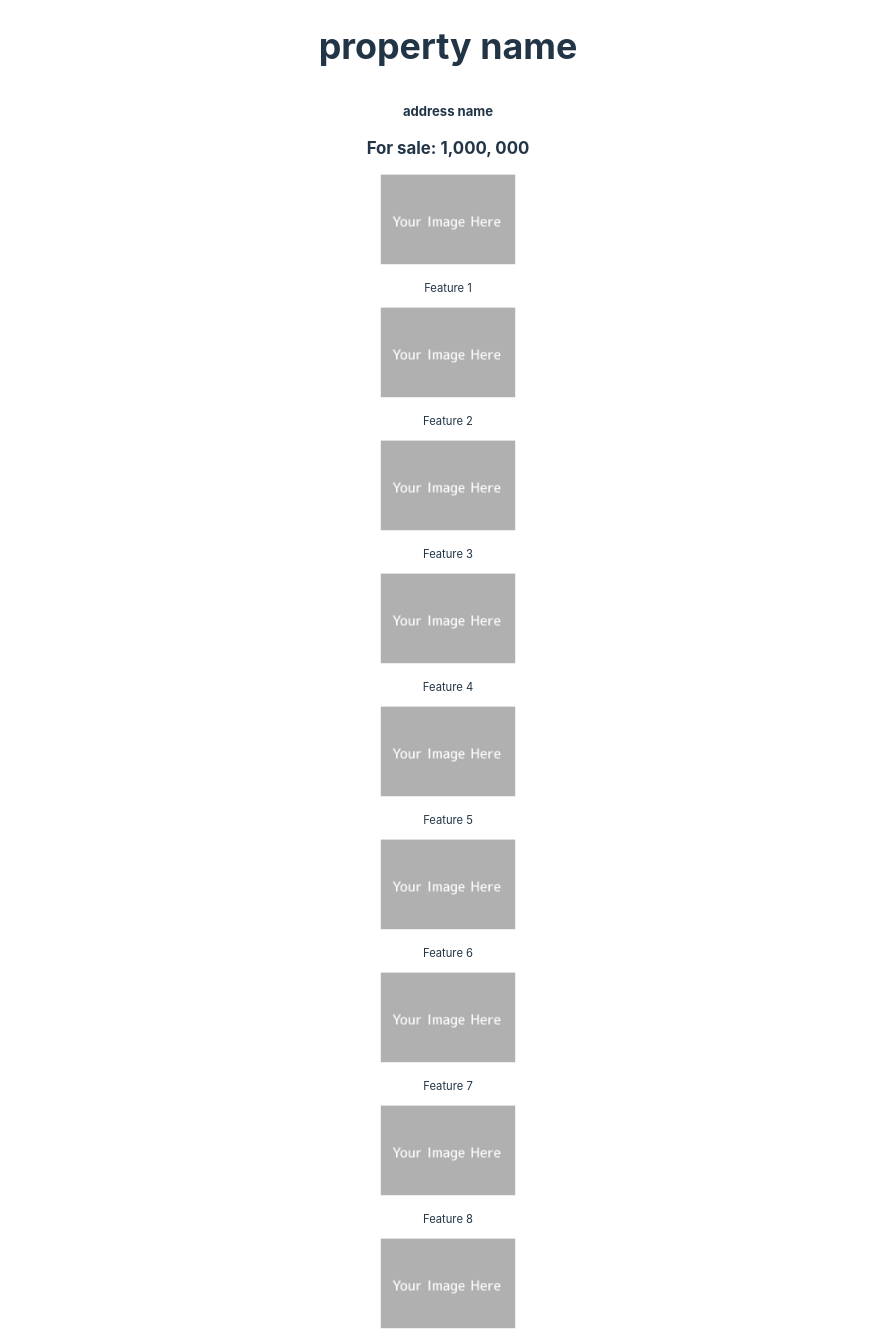
Repository: TMuse333/real_estate_property
Page: /
The author's editor kept a copy of each file at every save. The page is drawn from the files as they stood at one save, then again after the next save.
The browser window is 1280 px wide. The pictures show the part of the page from y = 708 to 2628 px (the page is 6049 px tall), at 70% of full size.
The project was rebuilt for these pictures with package versions that can differ from the ones it lists, and the page was loaded fresh each time. Also part of the build but not shown: vite.config.js, src/components/navbar/navbar.css, src/components/navbar/navbar.jsx, src/components/carousel/carousel.css, src/components/carousel/carousel.jsx.

Above is the page before, as saved 2024-03-26 14:51:34.

### src/App.jsx
import { useState } from 'react'
import reactLogo from './assets/react.svg'
import viteLogo from '/vite.svg'
import './App.css'
import Navbar from './components/navbar/navbar'
import ImageCarousel from './components/carousel/carousel'
import Carousel2 from './components/carousel2/carosuel2'


import kakashi from './media/kakashi_susanoo.jpg';
import sasuke from './media/sasuke.jpg';
import vegeta from './media/majin-vegeta.png';
import Property from './components/property/property'

function App() {
  const [count, setCount] = useState(0)

  const images = [
    {
      url:kakashi,
      alt:'Kakashi'
    }
   ,{
    url:sasuke,
    alt:'Sasuke'
   },
   {
    url:vegeta,
    alt:'Vegeta'
   },
   {
    url:kakashi,
    alt:'Kakashi2'
  }
 ,{
  url:sasuke,
  alt:'Sasuke2'
 },
 {
  url:vegeta,
  alt:'Vegeta2'
 },

  ]

  // const links = [
  //   'home',
  //   'description',
  //   'price and features',
  //   'amenities',
  //   'photo gallery',
  //   'video',
  //   'more info',
  //   'flyers',
  //   'area info',
  //   'documents',
  //   'map',
  //   'Broker',
  //   'More Listings',
  //   'Show Bookings'
  // ]

  return (
    <>
    <div className='homepage-container'>


     {/* <Navbar
     links={links}
     /> */}

    <Property/>
    {/* <Carousel2
    images={images}
    /> */}


     </div>
    </>
  )
}

export default App

### src/index.css
:root {
  font-family: Inter, system-ui, Avenir, Helvetica, Arial, sans-serif;
  line-height: 1.5;
  font-weight: 400;

  color-scheme: light dark;
  color: rgba(255, 255, 255, 0.87);
  background-color: #242424;

  font-synthesis: none;
  text-rendering: optimizeLegibility;
  -webkit-font-smoothing: antialiased;
  -moz-osx-font-smoothing: grayscale;
  /* overflow-x: hidden; */
}

a {
  font-weight: 500;
  color: #646cff;
  text-decoration: inherit;
}
a:hover {
  color: #535bf2;
}

body {
  margin: 0;
  display: flex;
  place-items: center;
  /* min-width: 320px; */
  min-height: 100vh;
}

h1 {
  font-size: 3.2em;
  line-height: 1.1;
}

button {
  border-radius: 8px;
  border: 1px solid transparent;
  padding: 0.6em 1.2em;
  font-size: 1em;
  font-weight: 500;
  font-family: inherit;
  background-color: #1a1a1a;
  cursor: pointer;
  transition: border-color 0.25s;
}
button:hover {
  border-color: #646cff;
}
button:focus,
button:focus-visible {
  outline: 4px auto -webkit-focus-ring-color;
}

@media (prefers-color-scheme: light) {
  :root {
    color: #213547;
    background-color: #ffffff;
  }
  a:hover {
    color: #747bff;
  }
  button {
    background-color: #f9f9f9;
  }
}

### src/App.css
#root {
  max-width: 1280px;
  margin: 0 auto;
  padding: 2rem;
  text-align: center;
}

.logo {
  height: 6em;
  padding: 1.5em;
  will-change: filter;
  transition: filter 300ms;
}
.logo:hover {
  filter: drop-shadow(0 0 2em #646cffaa);
}
.logo.react:hover {
  filter: drop-shadow(0 0 2em #61dafbaa);
}

@keyframes logo-spin {
  from {
    transform: rotate(0deg);
  }
  to {
    transform: rotate(360deg);
  }
}

@media (prefers-reduced-motion: no-preference) {
  a:nth-of-type(2) .logo {
    animation: logo-spin infinite 20s linear;
  }
}

.card {
  padding: 2em;
}

.read-the-docs {
  color: #888;
}

.homepage-container{
  width:100vw;
  /* height:100vh; */
  display: flex;
  flex-direction: column;
  overflow-x: hidden;
  justify-content: center;
  position: absolute;
  top:0;
  left:0;
  /* position: absolute;
  left:0;
  top:0; */
}

### src/components/carousel2/carosuel2.jsx
import react,{ useState,useEffect } from "react";
import { ArrowBigLeft, ArrowBigRight, Circle, CircleDot } from "lucide-react";
import './carousel2.css'

import kakashi from '../../media/kakashi_susanoo.jpg';
import sasuke from '../../media/sasuke.jpg';
import vegeta from '../../media/majin-vegeta.png';

const ImageSlider = ({ images }) => {
  const [imageIndex, setImageIndex] = useState(0);
  const [isFullHeight, setIsFullHeight] = useState(false);

  const [isDesktop, setIsDesktop] = useState(window.innerWidth >= 565)

  const [itemClicked, setItemClicked] = useState(null)

    const [desktopExpanded, setDesktopExpanded] = useState(false)

    const [mobileExpanded, setMobileExpanded] = useState(false)

  const handleItemClick = (index) => {

    console.log('item clicked')

    // if(itemClicked !== null){
        setItemClicked(index)
        setImageIndex(index)
        if(isDesktop){
            setDesktopExpanded(true)
        }
        else{
            setMobileExpanded(true)
            console.log('mobile expanded')
        }
  }



  useEffect(()=> {

    const handleResize = () => {
        if(window.innerWidth >= 565){
            setIsDesktop(true)
            console.log('desktop is true!')
        }
        else{
            setIsDesktop(false)
        }


    }

    window.addEventListener('resize',handleResize)

    return () => {
        window.removeEventListener('resize',handleResize)
    }
  },[])

  const showNextImage = () => {
    setImageIndex(index => {
      if (index === images.length - 1) return 0;
      return index + 1;
    });
  };

  const showPrevImage = () => {
    setImageIndex(index => {
      if (index === 0) return images.length - 1;
      return index - 1;
    });
  };

//   const toggleImageHeight = () => {
//     setIsFullHeight(prevState => !prevState);


//   };

const handleUnexpand = () => {
    setDesktopExpanded(false)
}

const handleMobileClick = () => {
    setMobileExpanded(true)
}

const handleExpansion = () => {

    if(isDesktop) {
        setDesktopExpanded(false)
    }
    else{
        setMobileExpanded(!mobileExpanded)
    }
}

  return (
    <>

{!isDesktop && !mobileExpanded && (
    <div>


            <h1>{images.length} Photos</h1>
            <p>Cick on the expand button to zoom in</p>
            </div>
        )}

    {!isDesktop  || (itemClicked !== null && desktopExpanded) ? (
        <section
        aria-label="Image Slider"
        style={{ width: "100%",
         position:  desktopExpanded || mobileExpanded ? 'fixed' :"relative",
         backgroundColor:'black',
         height: desktopExpanded || mobileExpanded? '100vh' : 'auto',
         top: desktopExpanded || mobileExpanded?'0': 'auto',
         left:desktopExpanded || mobileExpanded?'0': 'auto'

   }}
      >

        <a href="#after-image-slider-controls" className="skip-link">
          Skip Image Slider Controls
        </a>
        <div
          style={{
            width: "100%",
            height: "100%",
            display: "flex",
            overflow: "hidden",
            alignItems:'center',



          }}
        >
          {images.map(({ url, alt }, index) => (
            <img
              key={index}
              src={url}
              alt={alt}
              aria-hidden={imageIndex !== index}
              className="img-slider-img"
              style={{ transform: `translateX(${-100 * imageIndex}%)`,
              height:  "500px",


          }}
          onClick={()=>handleItemClick(index)}
            />
          ))}
        </div>
        <button
          onClick={showPrevImage}
          className="img-slider-btn"
          style={{ left: 0 }}
          aria-label="View Previous Image"
        >
          <ArrowBigLeft aria-hidden />
        </button>
        <button
          onClick={showNextImage}
          className="img-slider-btn"
          style={{ right: 0 }}
          aria-label="View Next Image"
        >
          <ArrowBigRight aria-hidden />
        </button>
        <div
          style={{
            position: "absolute",
           bottom:'0.5rem',
            left: "50%",
            transform: "translateX(-50%)",
            display: "flex",
            gap: ".25rem",
          }}
        >
          {images.map((_, index) => (
            <button

              key={index}
              className="img-slider-dot-btn"
              aria-label={`View Image ${index + 1}`}
              onClick={() => setImageIndex(index)}

            >
              {index === imageIndex ? (
                <CircleDot aria-hidden />
              ) : (
                <Circle aria-hidden />
              )}
            </button>
          ))}
        </div>
        <div id="after-image-slider-controls" />
        <button onClick={handleExpansion} className="toggle-height-btn"
        style={{
          position: desktopExpanded || mobileExpanded? 'fixed ' : 'absolute',
          top: desktopExpanded || mobileExpanded? 'auto' : '100%',
          left:'50%',
          transform:'translateX(-50%)',
          zIndex:'5',

          bottom:desktopExpanded || mobileExpanded? '10%' : " auto"
        }}>

          {desktopExpanded || mobileExpanded? "Collapse" : "Expand"}
        </button>
      </section>
    ) : (
        <section
        className="images-grid">
            {images.map((image, index)=> (
                <img src={image.url}
                key={index}
                alt={image.alt}
                onClick={()=> handleItemClick(index)}
                className='desktop-image'></img>
            ))}

        </section>
    )}

</>

  );
};

export default ImageSlider;

### src/components/property/property.jsx
import React from "react";
import ImageSlider from "../carousel2/carosuel2";
import Features from "../features/features";
import img from '../../media/place-holder.jpg'

import kakashi from '../../media/kakashi_susanoo.jpg';
import sasuke from '../../media/sasuke.jpg';
import vegeta from '../../media/majin-vegeta.png';

import './property.css'

const Property = ({heroImage,price,
    mainDescription,openingDate,closingDate}) => {

  const images = [
    {
      url:kakashi,
      alt:'Kakashi'
    }
   ,{
    url:sasuke,
    alt:'Sasuke'
   },
   {
    url:vegeta,
    alt:'Vegeta'
   },
   {
    url:kakashi,
    alt:'Kakashi2'
  }
 ,{
  url:sasuke,
  alt:'Sasuke2'
 },
 {
  url:vegeta,
  alt:'Vegeta2'
 },

  ]
    return (
        <section className="property-container">
            <div className="property-herobanner">


            <img className="property-hero"
            src={heroImage || img}
            />
 <h2><strong>For Sale:</strong> {price || '1,000,000$'}</h2>

 <p className="open-house-hours">
    Open House - {openingDate || 'march 24th 3pm'} - {closingDate || 'march 25th 5pm'}
 </p>

                 </div>
                 <h1>Property Description</h1>
                 <p>
                    {mainDescription ||
                    'Lorem ipsum dolor sit amet consectetur, adipisicing elit. Voluptas et ad, similique nobis molestias ullam alias? Beatae suscipit expedita nobis nulla inventore incidunt eaque molestias ipsum repudiandae reprehenderit. Asperiores, laborum?'}
                 </p>

                 <Features/>

                 <ImageSlider
                 images={images}/>

                 <h1>Video</h1>

                 <img className="property-video"
                  src={img}
                 />

                 <div className="images-grid">
                    <img src={img}/>
                    <img src={img}/>
                    <img src={img}/>
                    <img src={img}/>
                 </div>


        </section>
    )
}

export default Property

### src/components/carousel2/carousel2.css
*,
*::before,
*::after {
  box-sizing: border-box;
}

.img-slider-img {
  object-fit: cover;
  width: 100%;
object-position: 50% 50%;
  display: block;
  flex-shrink: 0;
  flex-grow: 0;
}

.img-slider-btn {
  all: unset;
  display: block;
  position: absolute;
  top: 0;
  bottom: 0;
  padding: 1rem;
  cursor: pointer;
  transition: background-color 100ms ease-in-out;
}

.img-slider-btn:hover,
.img-slider-btn:focus-visible {
  background-color: rgb(0, 0, 0, 0.2);
}

.img-slider-btn > * {
  stroke: white;
  fill: black;
  width: 2rem;
  height: 2rem;
}

@keyframes squish {
  50% {
    scale: 1.4 0.6;
  }
}

.img-slider-dot-btn {
  all: unset;
  display: block;
  cursor: pointer;
  width: 1rem;
  height: 1rem;
  transition: scale 100ms ease-in-out;
}

.img-slider-dot-btn:hover,
.img-slider-dot-btn:focus-visible {
  scale: 1.2;
}

.img-slider-dot-btn > * {
  stroke: white;
  fill: black;
  height: 100%;
  width: 100%;
}

.img-slider-dot-btn:focus-visible,
.img-slider-btn:focus-visible {
  outline: auto;
}

.skip-link {
  position: absolute;
  width: 1px;
  height: 1px;
  padding: 0;
  margin: -1px;
  overflow: hidden;
  border: 0;
  clip: rect(0, 0, 0, 0);
}

.skip-link:focus-visible {
  top: 0;
  left: 0;
  border: 1px solid black;
  background-color: white;
  padding: 0.5rem;
  width: auto;
  height: auto;
  margin: 0;
  clip: unset;
  text-decoration: none;
  color: black;
  z-index: 100;
}

.img-slider-img {
    transition: transform 0.5s ease;
  }

/* @media not (prefers-reduced-motion) {
  .img-slider-img {
    transition: translate 300ms ease-in-out;

  }

  .img-slider-btn:hover > *,
  .img-slider-btn:focus-visible > * {
    animation: squish 200ms ease-in-out;
  }
} */

.images-grid {
    display: grid;
    width: 95vw;
    grid-template-columns: repeat(auto-fit, minmax(230px, 1fr)); /* Modify this line */
    justify-content: center;
    gap: 2rem;
    max-width: 1200px;
    margin: 0 auto;
}

.images-grid img {
    width: 100%;
    height:40vw;
    object-fit: cover;
    max-height: 400px;
}

### src/components/features/features.jsx
import React from "react";
import img from '../../media/place-holder.jpg';
import './features.css'
const Features = ({ name, price, address, featuresName, featureImage, amenities }) => {
    // Initialize featuresList
    let featuresList = [];

    // Check if featuresName is not null
    if(featuresName){
        featuresList = featuresName.map((name, index) => ({
            name: name,
            image: featureImage[index]
          }));
    } else {
        // If featuresName is null, create 10 random features with placeholder text and images
        for (let i = 0; i < 10; i++) {
            featuresList.push({
                name: `Feature ${i+1}`,
                image: img // Use placeholder image
            });
        }
    }

    // Initialize amenitiesList
    let amenitiesList = [];

    // Check if amenities is not null
    if(amenities){
        amenitiesList = amenities.map((amenity, index) => ({
            name: amenity,
            image: img // Use placeholder image for amenities
          }));
    } else {
        // If amenities is null, create 10 random amenities with placeholder text and images
        for (let i = 0; i < 10; i++) {
            amenitiesList.push({
                name: `Amenity ${i+1}`,
                image: img // Use placeholder image
            });
        }
    }

    return (
      <section className="amenities-container">
        <h1>{name || 'property name'}</h1>
        <h3>{address || 'address name'}</h3>
        <h2><strong>For sale:</strong> {price || '1,000, 000'}</h2>

        <div className="features-grid">
          {featuresList.map((feature, index) => (
            <div className="feature" key={index}>
              <img src={feature.image || img} alt={feature.name || 'feature'} />
              <p>{feature.name || 'feature'}</p>
            </div>
          ))}
        </div>

        <div className="amenities-box">
          <h2>Amenities</h2>
          {amenitiesList.map((amenity, index) => (
            <div className="amenity" key={index}>
              <img src={amenity.image || img} style={{ height: '30px' }} alt={amenity.name || 'amenity'} />
              <p>{amenity.name || 'amenity name'}</p>
            </div>
          ))}
        </div>
      </section>
    )
}

export default Features;

### src/components/property/property.css
.images-grid img, .property-video{
    width:90vw;
    object-fit: cover;
    margin:0 auto;
}

.images-grid{
    width: 100vw;
}

.property-video {
    margin-bottom: 3rem;
}

### src/components/features/features.css
.feature img{
    width:15vw;
}

.features-grid{
    display: grid;
    grid-template-columns: ;
}

Loaded but not shown: index.html (common file); src/main.jsx (common file)

After the next save:
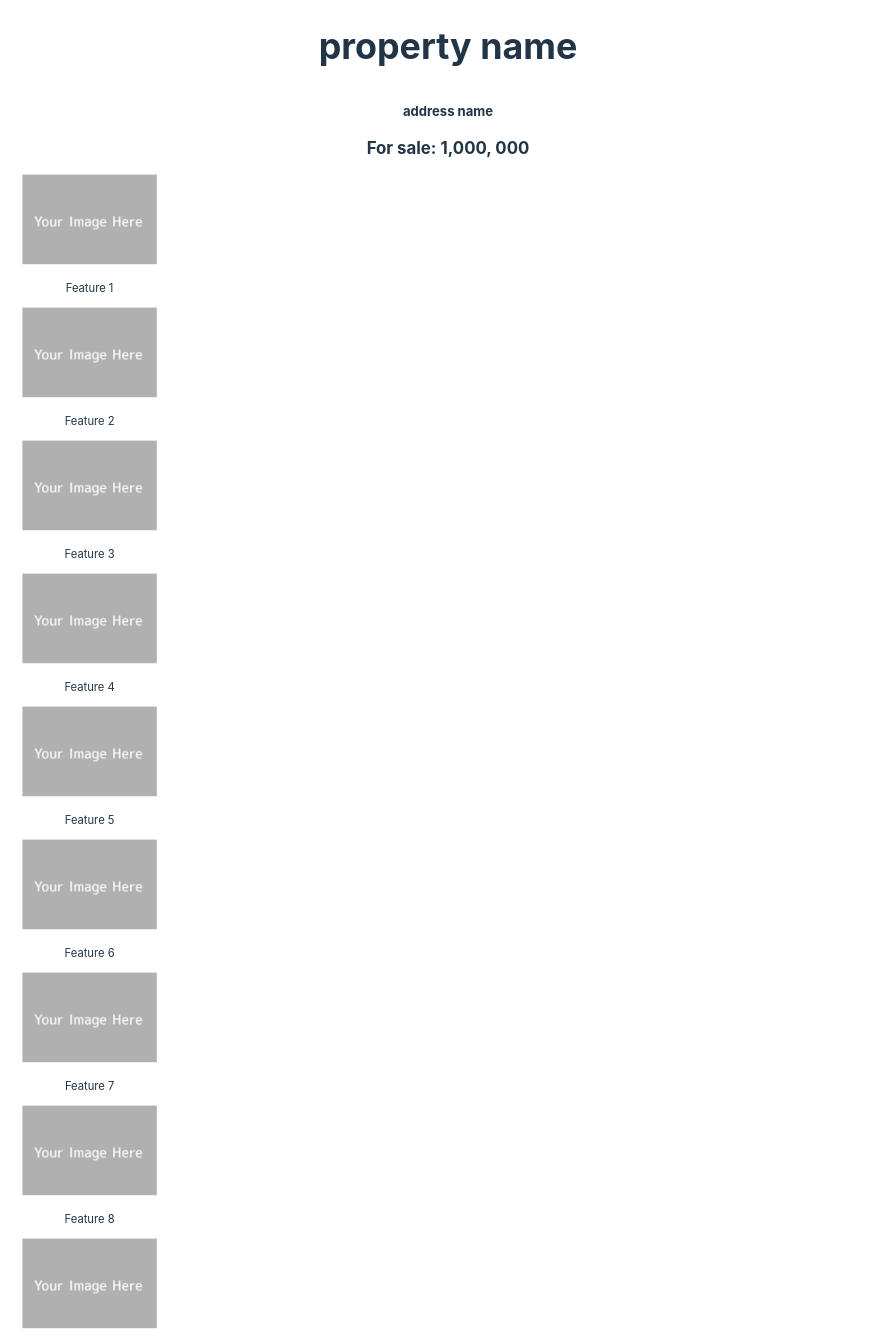
Saved 4 s later.
--- a/src/components/features/features.css
+++ b/src/components/features/features.css
@@ -4,5 +4,5 @@
 
 .features-grid{
     display: grid;
-    grid-template-columns: ;
+    grid-template-columns: 20vw;
 }
